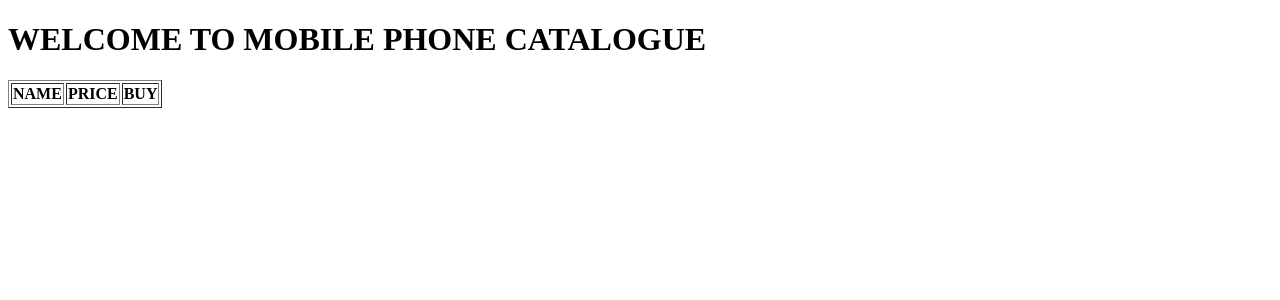
Repository: nikhilbad7/jsp-practicals
Page: classwork/WebContent/exp15.html
An editor plug-in stored every save of this project. The page is shown before and after the next save, followed by the edit.
The browser window is 1280 px wide. The pictures show the whole page.

Above is the page before, as saved 2018-04-12 16:59:34.

After the next save:
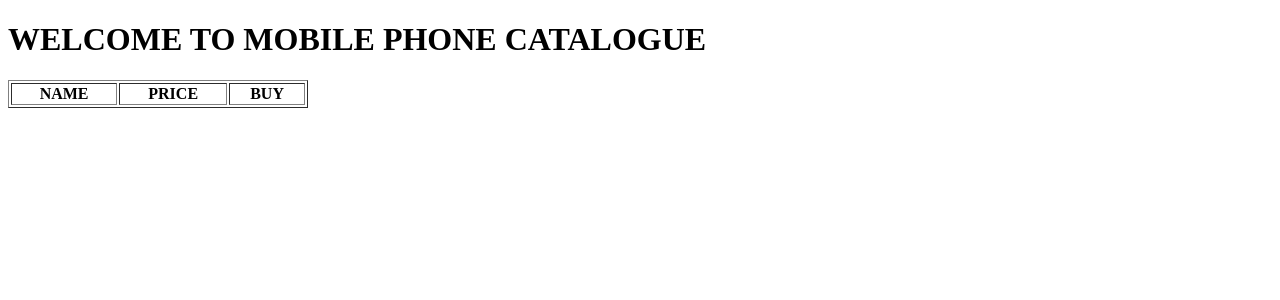
Saved 22 s later.
--- a/classwork/WebContent/exp15.html
+++ b/classwork/WebContent/exp15.html
@@ -5,7 +5,7 @@
 	</head>
 	<body>
 		<h1>WELCOME TO MOBILE PHONE CATALOGUE</h1>
-		<table border=1>
+		<table border=1 width=300px>
 			<th>NAME</th>
 			<th>PRICE</th>
 			<th>BUY</th>
